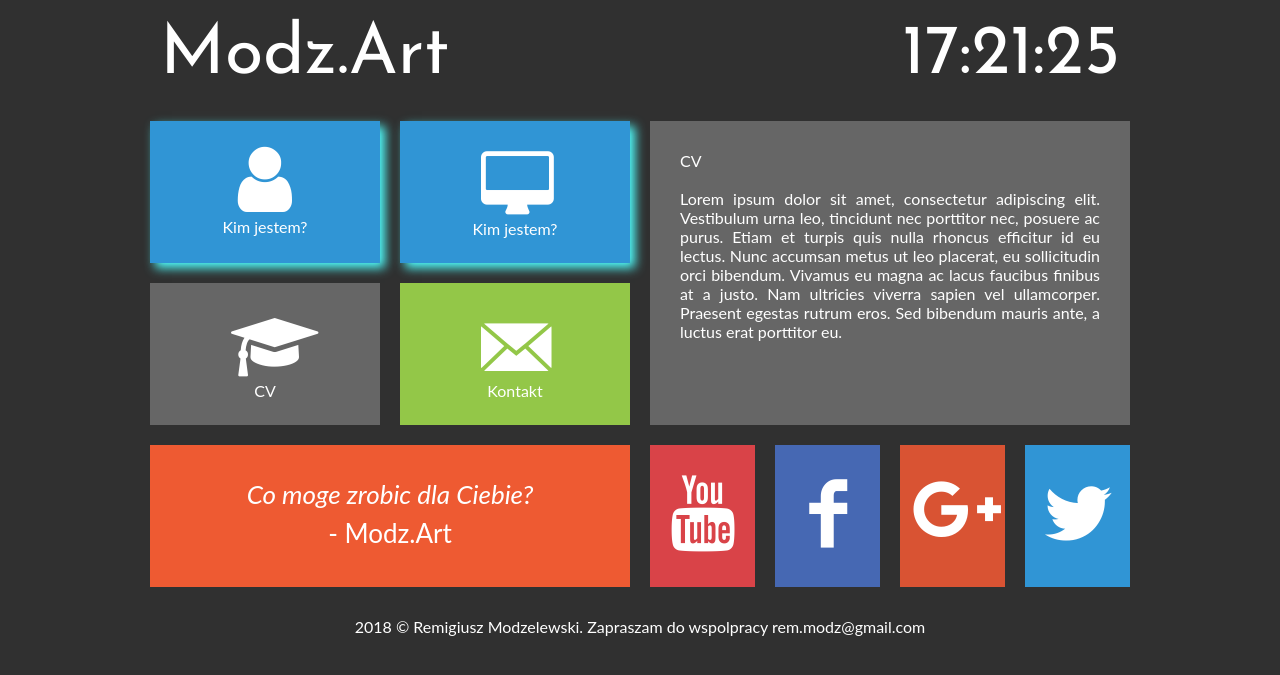
Repository: RemModz/Portfolio
Page: cv.html
An editor plug-in stored every save of this project. The page is shown before and after the next save, followed by the edit.
The browser window is 1280 px wide. The pictures show the whole page.

Above is the page before, as saved 2018-11-07 18:47:27.

After the next save:
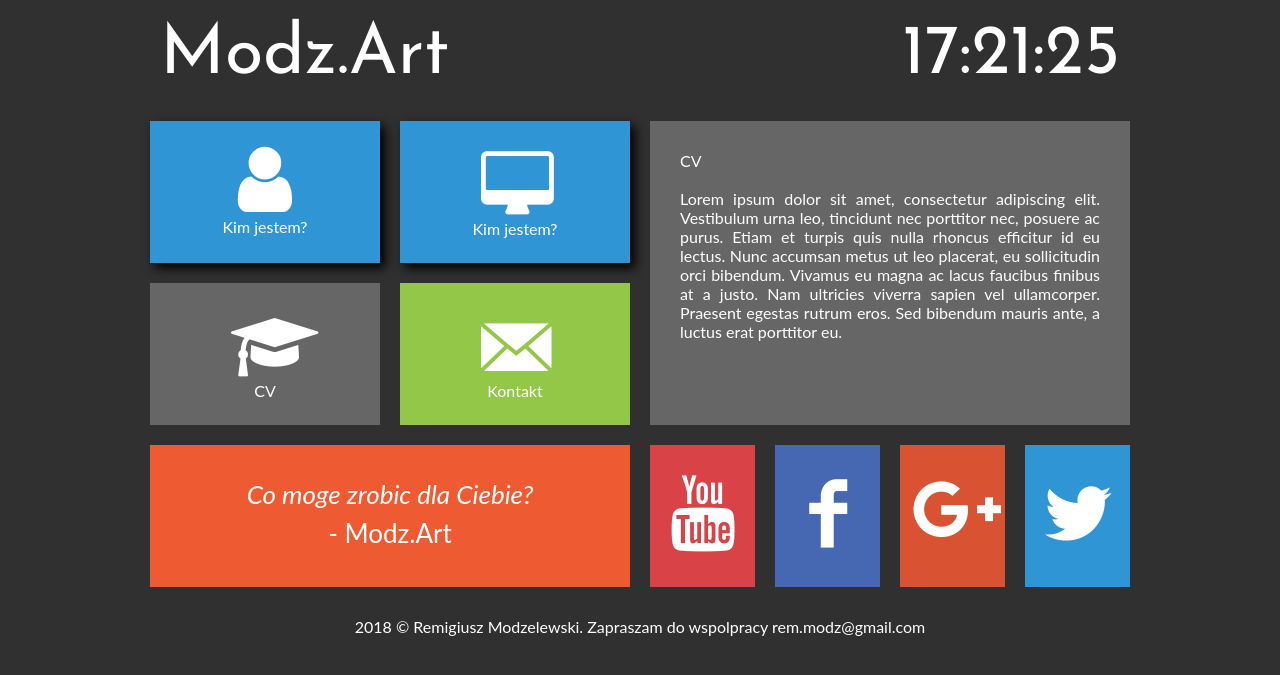
Saved 61 s later.
--- a/style.css
+++ b/style.css
@@ -43,7 +43,7 @@
     background-color: #3095d5;
     float: left;
     text-align: center;
-    box-shadow: #4fffff 5px 5px 10px;
+    box-shadow: #000000 5px 5px 10px;
 }
 
 .tile1:hover {
